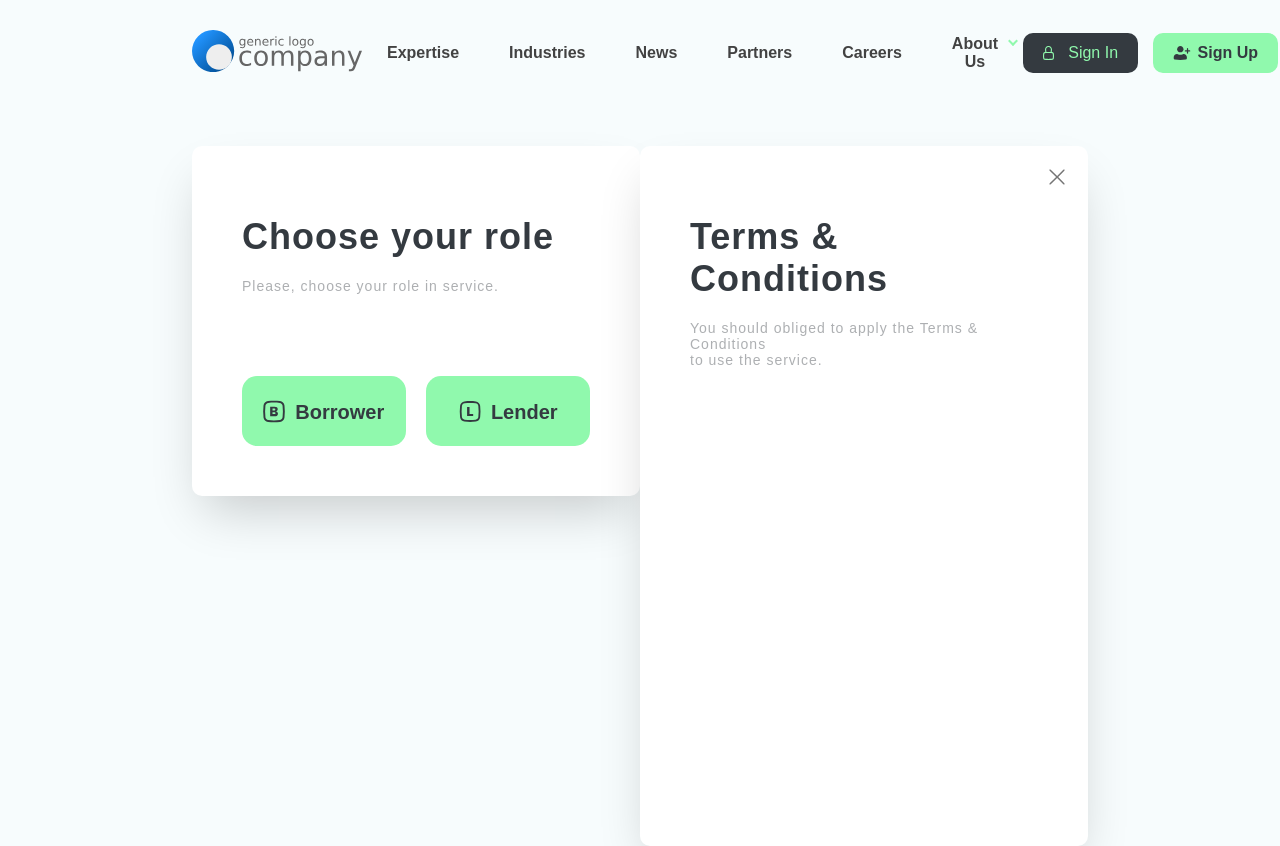
Repository: Andriy-Ma/widgetTask
Page: /
These files come from the project's save history. The page is drawn as it stood at one moment and after the next save; the edit follows.
The browser window is 1280 px wide. The pictures show the whole page.
Some web fonts or font styles are not loaded; a fallback is used. The project was rebuilt for these pictures with package versions that can differ from the ones it lists, and the page was loaded fresh each time. Also part of the build but not shown: src/components/Main/SelectedRoleForm/selectedRoleForm.module.css, src/components/Main/SelectedRoleForm/selectedRoleForm.jsx.

Above is the page before, as saved 2022-08-30 10:08:19.

After the next save:
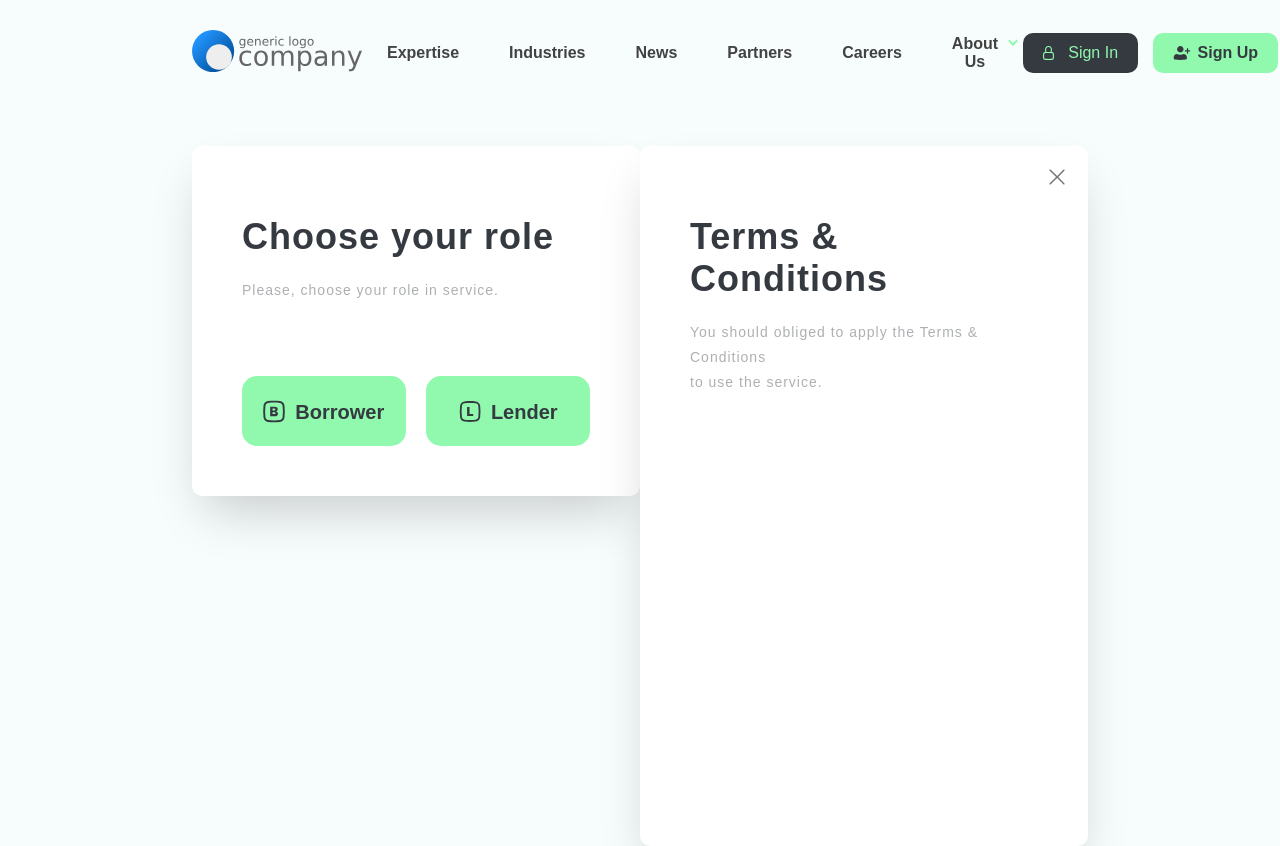
Saved 57 s later.
--- a/src/components/Main/ChooseForm/chooseForm.module.css
+++ b/src/components/Main/ChooseForm/chooseForm.module.css
@@ -37,6 +37,7 @@
     color: #343A40;
     opacity: .4;
     letter-spacing: 1px;
+    line-height: 25px;
 }
 .buttonsChooseForm {
     display: flex;
